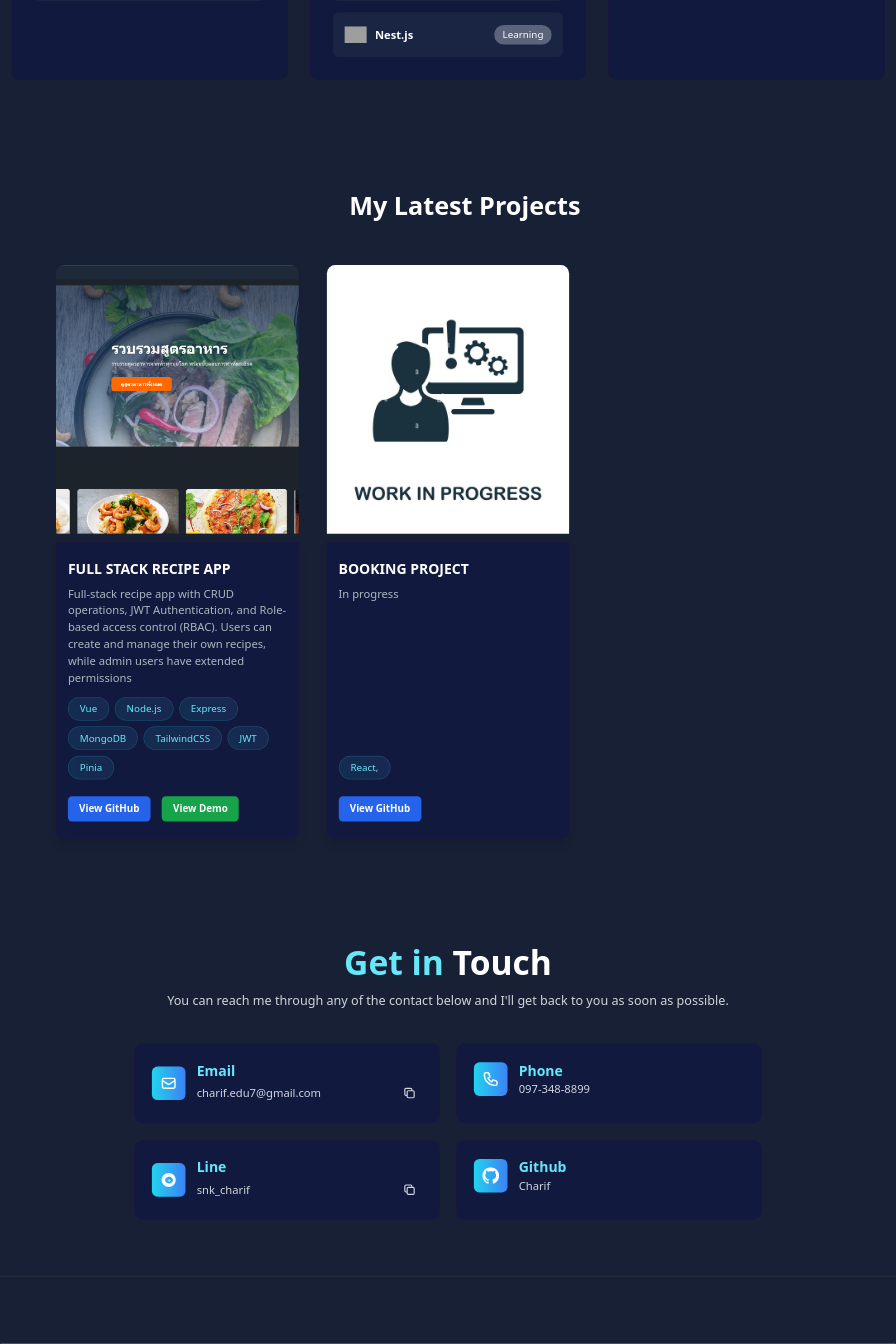
Repository: Charifx7/MyPortfolio
Page: /
These files come from the project's save history. The page is drawn as it stood at one moment and after a run of saves; the edit follows.
The browser window is 1280 px wide. The pictures show the part of the page from y = 1592 to 3512 px (the page is 3512 px tall), at 70% of full size.
Pictures or frames that could not be fetched are drawn as grey boxes. The project was rebuilt for these pictures with package versions that can differ from the ones it lists, and the page was loaded fresh each time. Also part of the build but not shown: vite.config.js.

Above is the page before, as saved 2026-02-14 10:50:38.

### src/App.vue
<template>
  <div class="bg-[#172035] min-h-screen w-full">
    <!-- Wrap components in Suspense to handle loading -->
     <Suspense>
      <template #default>
        <!-- Wrap all Components inside a single root element -->
         <div class="bg-[#172035]">
            <NavBar />
            <HeroSection />
            <AboutSection />
            <ExperienceAndSkills />
            <LatestProjSection />
            <ContactSection />
            <Footer/>
            <BackToTop />
      </div>
    </template>
    <template #fallback>
      <div class="flex justify-center items-center min-h-screen bg-[#172035]">
          <loadingSpinner />
      </div>
    </template>
  </Suspense>
  </div>
</template>

<script setup>
 import { defineAsyncComponent } from 'vue';
//Import Components Asynchronously
const NavBar = defineAsyncComponent(()=>import('@/components/NavBar.vue'));
const HeroSection = defineAsyncComponent(()=>import('@/components/HeroSection.vue'));
const ServicesSection = defineAsyncComponent(()=>import('@/components/ServicesSection.vue'));
const AboutSection = defineAsyncComponent(()=>import('@/components/AboutSection.vue'));
const TestimonialsSection = defineAsyncComponent(()=>import('@/components/TestimonialsSection.vue'));
const LatestProjSection = defineAsyncComponent(()=>import('@/components/LatestProjSection.vue'));
const ExperienceAndSkills = defineAsyncComponent(()=>import('@/components/ExperienceAndSkills.vue'));
const ContactSection = defineAsyncComponent(()=>import('@/components/ContactSection.vue'));
const Footer = defineAsyncComponent(()=>import('@/components/Footer.vue'));
const BackToTop = defineAsyncComponent(()=>import('@/components/BackToTop.vue'));
import loadingSpinner from './components/loadingSpinner.vue';
</script>
<style>

*{
  scrollbar-width: thin;
  scrollbar-color: #111827 #f1f1f1;
}

/* Add these styles to ensure background color consistency */
html, body {
  background-color: #172035;
  min-height: 100%;
}
</style>

### src/components/loadingSpinner.vue
<template>
    <div class="flex justify-center items-center h-full">
        <svg class="animate-spin h-16 w-16 text-white" xmlns="http://www.w3.org/2000/svg" viewBox="0 0 24 24">
            <defs>
                <linearGradient id="gradient1" x1="0%" y1="0%" x2="100%" y2="100%">
                    <stop offset="0%" stop-color="#00aeff" />
                    <stop offset="100%" stop-color="#dbebfa" />
                </linearGradient>
            </defs>
            <circle class="opacity-25" cx="12" cy="12" r="10" stroke="url(#gradient1)" stroke-width="4" fill="none">
            </circle>
            <path fill="#00aeff" d="M4 12a8 8 0 018-8V0C5.373 0 0 5.373 0 12h4z"></path>
        </svg>
    </div>
</template>

### src/components/NavBar.vue
<template>
    <header class="flex justify-between items-center p-6 bg-opacity-50 relative z-20 ">
        <div class="text-white text-xl font-bold"></div>
        <!-- Mobile Toggle Button -->
        <div class="md:hidden z-30">
            <button type="button" class="block focus:outline-none" @click="isMenuOpen = !isMenuOpen">
                <span v-if="isMenuOpen" class="text-5xl">
                    <img src="https://img.icons8.com/ios-filled/100/ffffff/delete-sign.png" alt="close" width="50"
                        height="50">
                </span>
                <span v-else class="text-5xl">
                    <img src="https://img.icons8.com/ios-filled/100/ffffff/menu--v6.png" alt="menu" width="50"
                        height="50">
                </span>
            </button>
        </div>
        <!-- Navbar Link -->
        <nav :class="['fixed inset-0 z-20 flex flex-col items-center justify-center bg-[#111827] md:relative md:bg-transparent md:flex md:justify-between md:flex-row',
            isMenuOpen ? 'block' : 'hidden'
        ]">
            <ul class="flex flex-col items-center space-y-5 md:flex-row md:space-x-5 md:space-y-0">
                <li v-for="item in Menu" :key="item.name">
                    <a :href="item.href"
                        class="block text-white transition hover:text-cyan-300 ease-linear text-2xl md:text-lg"
                        @click="scrollToSection(item.href)">
                        {{ item.name }}
                    </a>
                </li>
            </ul>
        </nav>
    </header>
</template>
<script setup>
import { ref } from 'vue';
const Menu = ref([
    { name: 'About Me', href: '#about' },
    { name: 'Skills', href: '#skills' },
    { name: 'Projects', href: '#projects' },
    { name: 'Contact', href: '#contact' },
]);

const isMenuOpen = ref(false)
const scrollToSection = (href) => {
    isMenuOpen.value = false;
    const section = document.querySelector(href);
    if (section) {
        section.scrollIntoView({ behavior: 'smooth' });
    }

}

</script>

### src/components/HeroSection.vue
<template>
    <section class="relative w-full" data-aos="zoom-in-up">
        <div class="w-full px-5 sm:px-8 md:px-12 lg:px-8 max-w-screen-lg lg:max-w-screen-xl mx-auto relative">
            <div class="grid lg:grid-cols-2 gap-10 xl:gap-14 relative pt-24 lg:max-w-none max-w-2xl md:max-w-3xl mx-auto">
                <div class="lg:py-6">
                    <div class="text-center lg:text-left">
                        <h1 class="pt-4 text-white font-bold text-4xl md:text-5xl lg:text-6xl">
                            Hi, I'm <span
                                class="text-transparent bg-gradient-to-r sm:bg-gradient-to-b md:bg-gradient-to-l lg:bg-gradient-to-r bg-clip-text from-cyan-400 to-blue-600">
                                Charif
                            </span>
                        </h1>
                    </div>
                    <p
                        class="text-gray-300 pt-8 text-center lg:text-left mx-auto max-w-xl text-4xl text-transparent bg-gradient-to-r sm:bg-gradient-to-b md:bg-gradient-to-l lg:bg-gradient-to-r from-cyan-400 to-blue-600 bg-clip-text">
                        Web Developer
                    </p>
                    <div class="flex items-center gap-3 pt-9 flex-col sm:flex-row sm:w-max sm:mx-auto lg:mx-0">
                        <a href="https://drive.google.com/file/d/1FlvfmhR0NsK0Ti8Xo9rk8j5-feIFt_Xn/view?usp=sharing" target="_blank" class="w-full sm:w-max">
                            <button class="border ry px-6 md:px-7 py-3 rounded-full relative group w-full flex justify-center
            bg-gradient-to-r from-cyan-600 to-blue-600 transition-transform duration-500 hover:scale-105"
                                style="background-color: #4DD0E1; border-color: #004d73;">
                                <span class="text-lg font-bold text-white">Resume</span>
                            </button>
                        </a>
                    </div>
                </div>
                <div class="flex items-center justify-center lg:h-full md:h-auto">
                    <div
                        class="relative flex items-center justify-center w-72 h-72 sm:w-96 sm:h-96 rounded-full shadow-lg border">
                        <img src="@/assets/top_picture.jpg" alt="Hero pic" width="500" height="auto" loading="lazy"
                            class="w-full h-full rounded-full object-cover fade-in-zoom" />
                        <div
                            class="absolute inset-0 bg-gradient-to-tr opacity-25 from-[#007fdb] to-[#832561] blur-2xl z-[-1]">
                        </div>
                    </div>
                </div>
            </div>
        </div>
    </section>
</template>
<script setup>
import { ref } from 'vue';
const Menu = ref([
    { name: 'About Me', href: '#about' },
    { name: 'Skills', href: '#skills' },
    { name: 'Projects', href: '#projects' },
    { name: 'Contact', href: '#contact' },
]);

import AOS from 'aos';
import 'aos/dist/aos.css';
AOS.init();
</script>

<style>
@keyframes fadeInZoom {
    0% {
        opacity: 0;
        transform: scale(0.9);
    }

    100% {
        opacity: 1;
        transform: scale(1);
    }
}

.fade-in-zoom {
    animation: fadeInZoom 1s ease-out forwards;
}
</style>

### src/components/AboutSection.vue
<template>
    <section class="text-white mt-18 w-full" id="about">
        <div class="absolute z-0 top-[93rem] inset-x-0 h-64 flex items-start">
            <div class="h-24 w-64 bg-gradient-to-br opacity-20"></div>
        </div>
        <div class="grid grid-cols-1 md:grid-cols-2 gap-16 items-start py-8 px-4 xl:gap-16 sm:py-16 xl:px-16 z-1">
            <!-- Education Section -->
            <div data-aos="flip-right" class="space-y-8">
                <h2 class="text-4xl font-bold text-white text-left mb-4">
                    <span class="text-cyan-300">Education</span>
                </h2>
                <div class="space-y-8">
                    <div v-for="element in education" :key="element.id"
                        class="flex items-center rounded-xl shadow-lg border border-[#1f1641] py-3 bg-gradient-to-r from-[#111a3e] to-[#111a3e]">
                        <div class="w-full pl-4">
                            <h3 class="text-cyan-300 text-left text-2xl">
                                {{ element.School }}
                            </h3>
                            <p class="text-white">{{ element.program }}</p>
                            <p class="text-white">{{ element.year }}</p>
                        </div>
                    </div>
                    <h2 class="text-4xl font-bold text-white text-left mb-4">
                        <span class="text-cyan-300">Work Experience</span>
                    </h2>
                    <div class="space-y-8">
                        <div v-for="element in workExperience" :key="element.id"
                            class="flex items-center rounded-xl shadow-lg border border-[#1f1641] py-3 bg-gradient-to-r from-[#111a3e] to-[#111a3e]">
                            <div class="w-full pl-4">
                                <h3 class="text-cyan-300 text-left text-2xl">
                                    {{ element.Company }}
                                </h3>
                                <p class="text-white">{{ element.role }}</p>
                                <p class="text-white">{{ element.duration }}</p>
                            </div>
                        </div>
                    </div>
                </div>
            </div>
            <!-- About Me Section -->
            <div class="space-y-8" data-aos="flip-right">
                <h2 class="text-4xl font-bold text-white text-left mb-4">
                    <span class="text-cyan-300">About</span> Me
                </h2>
                <p class="text-base lg:text-lg">
                    My name is Muhammadcharif Binlateh, and I am graduate in Computer Science
                    with a passion for creating responsive, user-friendly websites. I am always eager to learn new
                    technologies to improve my skills. In addition, I am ready to
                    provide technical assistance within the organization, and I look forward to growing in the field of
                    web development.
                </p>
            </div>
        </div>
    </section>
</template>

<script setup>
import { ref } from 'vue';
const education = ref([
    {
        id: 1,
        School: 'Prince of Songkla University',
        program: 'Bachelor of Science (Computer Science)',
        year: '2019-2023'
    },
])
const workExperience = ref([
    {
        id: 1,
        Company: 'BRK Inter Transport Company Limited',
        role: 'IT Programmer',
        duration: 'Oct 2025 - Current'
    },
])
</script>

### src/components/LatestProjSection.vue
<template>
    <section class="text-white mt-20" id="projects">
        <div class="px-4 xl:pl-16">
            <div class="mb-4 flex justify-center">
                <h2 class="text-4xl font-bold text-white" data-aos="fade-up">My Latest Projects</h2>
            </div>
            <ul class="px-4 sm:py-16 xl:pr-16 grid grid-cols-1 gap-6 pt-10 sm:grid-cols-2 md:gap-10 md:pt-12 lg:grid-cols-3"
                data-aos="fade-right">
                <div v-for="project in Projects" :key="project.id"
                    class="flex flex-col h-full transition-transform duration-500 hover:scale-105">
                    <div class="h-52 md:h-[24rem] rounded-t-xl relative flex items-center justify-center"
                        :style="{
                            backgroundImage: 'url(' + project.image + ')',
                            backgroundSize: 'cover',
                            backgroundPosition: 'center',
                            backgroundRepeat: 'no-repeat'
                        }">
                    </div>
                    <div class="flex flex-col flex-grow text-white rounded-b-xl mt-3 bg-[#111a3e] shadow-lg border border-[#1f1641] py-6 px-4">
                        <h3 class="text-lg font-semibold uppercase lg:text-xl">{{ project.title }}</h3>
                        <p class="text-[#ADB7BE] flex-grow min-h-[60px] mt-2">{{ project.description }}</p>
                        <div class="flex flex-wrap gap-2 mt-4 mb-6">
                            <div v-for="technology in project.technologies" :key="technology"
                                class="text-center rounded-full px-4 py-1.5 text-sm font-medium
                                       bg-gradient-to-r from-cyan-400/10 to-blue-400/10
                                       border border-cyan-400/20
                                       text-cyan-300 "
                            >
                                {{ technology }}
                            </div>
                        </div>
                        <!-- Buttons for GitHub and Demo -->
                        <div class="flex mt-auto space-x-4">
                            <a :href="project.gitURL" target="_blank"
                                class="px-4 py-2 text-sm font-semibold text-white bg-blue-600 rounded-md hover:bg-blue-700">
                                View GitHub
                            </a>
                            <a v-if="project.webURL" :href="project.webURL" target="_blank"
                                class="px-4 py-2 text-sm font-semibold text-white bg-green-600 rounded-md hover:bg-green-700">
                                View Demo
                            </a>
                        </div>
                    </div>
                </div>
            </ul>
        </div>
    </section>
</template>
<script setup>
import { ref, computed } from 'vue';

const Projects = ref([
    {
        id: 1,
        image: '/assets/project3.png',
        title: 'Full stack Recipe app',
        description: 'Full-stack recipe app with CRUD operations, JWT Authentication, and Role-based access control (RBAC). Users can create and manage their own recipes, while admin users have extended permissions',
        technologies: ['Vue','Node.js','Express', 'MongoDB','TailwindCSS', 'JWT','Pinia'],
        gitURL: 'https://github.com/Charifx7/fullstack_MEVN_recipe_app',
        webURL: 'https://fullstack-mevn-recipe-app-charif.vercel.app/'
    },

    {
        id: 4,
        image: '/assets/project0.jpg',
        title: 'Booking Project',
        description: 'In progress',
        technologies: ['React,'],
        gitURL: 'https://github.com/Charifx7',
        webURL: ''
    },
    // {
    //     id: 0,
    //     image: '/assets/project0.jpg',
    //     title: 'TEMP',
    //     description: 'TEMP',
    //     technologies: ['TEMP'],
    //     gitURL: 'https://github.com/Charifx7',
    //     webURL: ''
    // },

]);



</script>

### src/components/Footer.vue
<template>
    <footer class="mt-8 border z-10 border-t-[#33353F] border-l-transparent border-r-transparent text-white">
        <div class="container p-12 flex justify-between">
            <!-- <div class="text-white text-3xl font-bold">Charif</div>-->
            <p class="text-slate-600"></p>
        </div>
    </footer>
</template>

### src/components/BackToTop.vue
<template>
    <button v-if="isVisible" @click="scrollToTop" class="fixed bottom-4 right-4 bg-gradient-to-r from-[#007fdb] to-[#004d73] text-white
    rounded-full w-12 h-12 flex items-center justify-center text-xl cursor-pointer transition-opacity duration-300 hover:bg-blue-600
    ">
        ↥
    </button>
</template>
<script setup>
import { ref, onMounted, onUnmounted } from 'vue';
const isVisible = ref(false);
const handleScroll = () => {
    isVisible.value = window.scrollY > 300;
}
const scrollToTop = () => {
    window.scrollTo({ top: 0, behavior: 'smooth' })
}
onMounted(() => {
    window.addEventListener('scroll', handleScroll)
});

onUnmounted(() => {
    window.removeEventListener('scroll', handleScroll);
})
</script>

Loaded but not shown: index.html (common file); src/main.js (common file); src/style.css (common file); tailwind.config.js (13 lines, source omitted); src/components/ExperienceAndSkills.vue (208 lines, source omitted); src/components/ContactSection.vue (175 lines, source omitted)

After the next 3 saves:
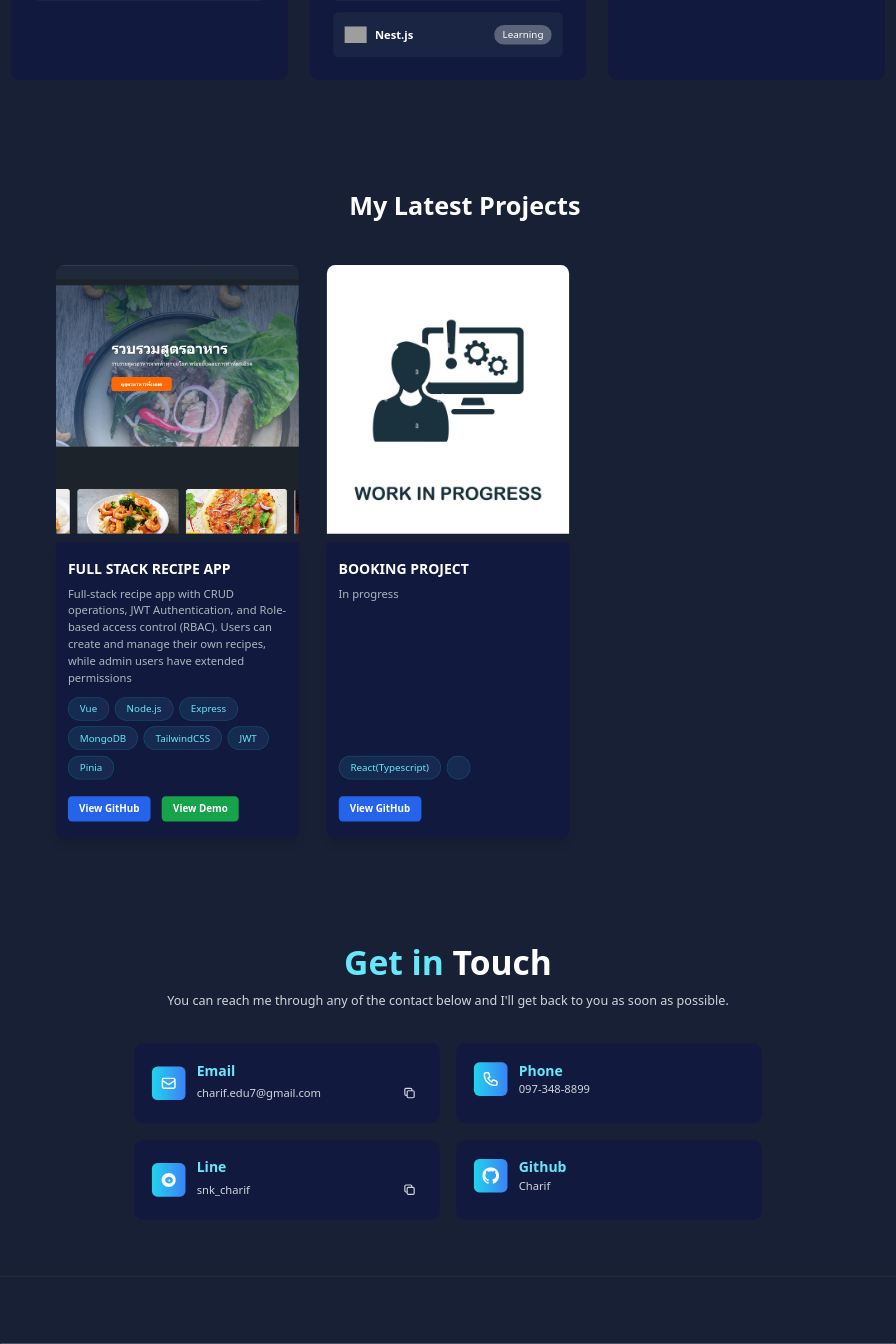
The 3 saves are shown as one change because they came seconds apart.
The last was saved 18 s later.
--- a/src/components/LatestProjSection.vue
+++ b/src/components/LatestProjSection.vue
@@ -65,7 +65,7 @@ const Projects = ref([
         image: '/assets/project0.jpg',
         title: 'Booking Project',
         description: 'In progress',
-        technologies: ['React,'],
+        technologies: ['React(Typescript)', ''],
         gitURL: 'https://github.com/Charifx7',
         webURL: ''
     },
